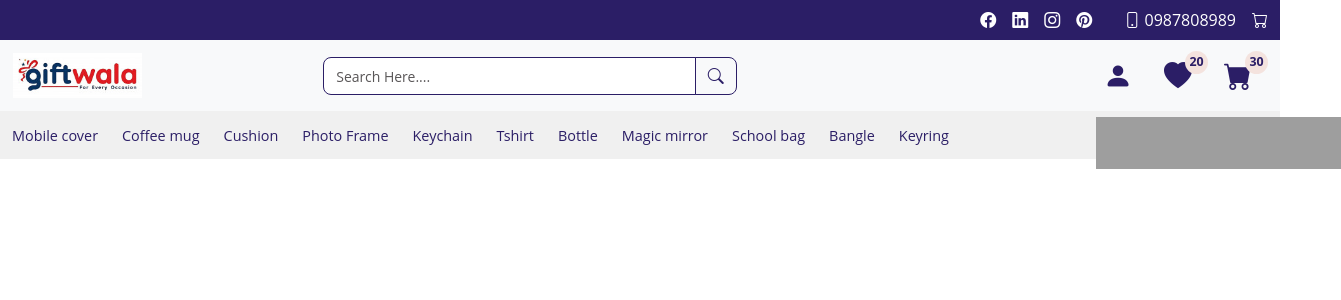
Repository: mangalravi/GiftWala
Page: index.html
The author's editor kept a copy of each file at every save. The page is drawn from the files as they stood at one save, then again after the next save.
The browser window is 1280 px wide. The page is 1341 px wide, then 1329 px, so the pictures cover 1341 px, including what lies to the right of the window. The pictures show the whole page.
Pictures or frames that could not be fetched are drawn as grey boxes. The style sheet was rebuilt from its Sass, Less or Tailwind sources for each picture, by a compiler version that may differ from the author's.

Above is the page before, as saved 2024-07-07 17:27:08.

### index.html
<!DOCTYPE html>
<html lang="en">
  <head>
    <meta charset="UTF-8" />
    <meta name="viewport" content="width=device-width, initial-scale=1.0" />
    <title>GiftWala</title>

    <link
      rel="apple-touch-icon"
      sizes="180x180"
      href="content/images/fabicon.png"
      alt="fabicon"
    />
    <link
      rel="icon"
      type="image/png"
      sizes="32x32"
      href="content/images/fabicon.png"
      alt="fabicon"
    />
    <link
      rel="icon"
      type="image/png"
      sizes="16x16"
      href="content/images/fabicon.png"
      alt="fabicon"
    />
    <link
      rel="publication"
      href=""
      crossorigin="use-credentials"
      type="application/manifest+json"
    />
    <meta name="msapplication-TileColor" content="#da532c" />
    <meta name="theme-color" content="#ffffff" />

    <link rel="icon" href="content/images/logo/favicon.png" type="image/png" />
    <link rel="stylesheet" href="content/css/bootstrap-icons.css" />
    <link rel="stylesheet" href="content/bootstrap/css/bootstrap.min.css" />
    <link rel="stylesheet" href="content/css/font-family.css" />
    <link rel="stylesheet" href="content/css/aos.css" />
    <link rel="stylesheet" href="content/css/custom.css" />
  </head>
  <body>
    <header>
      <div class="tophdr">
        <div class="container-fluid d-flex justify-content-end">
          <ul class="tpmnul">
            <li>
              <ul class="social-link">
                <li>
                  <a
                    href="#"
                    rel="noopener noreferrer"
                    target="_blank"
                    aria-label="Facebook"
                    class="fb"
                    ><i class="bi bi-facebook"></i
                  ></a>
                </li>
                <li>
                  <a
                    href="#"
                    rel="noopener noreferrer"
                    target="_blank"
                    aria-label="Linkedin"
                    class="in"
                    ><i class="bi bi-linkedin"></i
                  ></a>
                </li>
                <li>
                  <a
                    href="#"
                    rel="noopener noreferrer"
                    target="_blank"
                    aria-label="Instagram"
                    class="inta"
                    ><i class="bi bi-instagram"></i
                  ></a>
                </li>
                <li>
                  <a
                    href="#"
                    rel="noopener noreferrer"
                    target="_blank"
                    aria-label="Pinterest"
                    class="inta"
                    ><i class="bi bi-pinterest"></i
                  ></a>
                </li>
                <li>
                  <a
                    href="#"
                    rel="noopener noreferrer"
                    target="_blank"
                    aria-label="Threads"
                    class="in"
                    ><i class="bi bi-threads"></i
                  ></a>
                </li>
              </ul>
            </li>
            <li>
              <a href="#">
                <i class="bi bi-phone"></i>
                <span>0987808989</span>
              </a>
            </li>
            <li>
              <a href="#">
                <i class="bi bi-cart"></i>
              </a>
            </li>
          </ul>
        </div>
      </div>
      <nav class="navbar navbar-expand-lg bg-body-tertiary">
        <div class="container-fluid">
          <a class="navbar-brand m-0" href="#">
            <img
              src="content/images/logo.jpg"
              alt="logo"
              height="45"
              width="131"
            />
          </a>
          <button
            class="navbar-toggler"
            type="button"
            data-bs-toggle="collapse"
            data-bs-target="#navbarSupportedContent"
            aria-controls="navbarSupportedContent"
            aria-expanded="false"
            aria-label="Toggle navigation"
          >
            <span class="navbar-toggler-icon"></span>
          </button>
          <div
            class="collapse navbar-collapse justify-content-end"
            id="navbarSupportedContent"
          >
            <div class="row w-100 align-items-center">
              <div class="col-sm-8">
                <div class="row justify-content-center">
                  <div class="col-sm-7">
                    <form class="d-flex" role="search">
                      <div class="input-group">
                        <input
                          type="text"
                          class="form-control"
                          placeholder="Search Here...."
                        />
                        <span class="input-group-text" id="basic-addon2">
                          <i class="bi bi-search"></i>
                        </span>
                      </div>
                    </form>
                  </div>
                </div>
              </div>
              <div class="col-sm-4">
                <ul class="navbar-nav mb-2 mb-lg-0 justify-content-end">
                  <li class="nav-item">
                    <a class="nav-link" aria-current="page" href="#"
                      ><i class="bi bi-person-fill"></i
                    ></a>
                  </li>
                  <li class="nav-item">
                    <a class="nav-link" href="#"
                      ><i class="bi bi-heart-fill"></i>
                      <span class="badge">20</span>
                    </a>
                  </li>
                  <li class="nav-item">
                    <a class="nav-link" href="#">
                      <i class="bi bi-cart-fill"></i>
                      <span class="badge">30</span>
                    </a>
                  </li>
                </ul>
              </div>
            </div>
          </div>
        </div>
      </nav>
      <div class="btmhdr">
        <div class="container-fluid">
          <div class="btmhdrnv">
            <div class="row align-items-center">
              <div class="col"><a href="#">Mobile cover</a></div>
              <div class="col"><a href="#">Coffee mug</a></div>
              <div class="col"><a href="#">Cushion</a></div>
              <div class="col"><a href="#">Photo Frame</a></div>
              <div class="col"><a href="#">Keychain</a></div>
              <div class="col"><a href="#">Tshirt</a></div>
              <div class="col"><a href="#">Bottle</a></div>
              <div class="col"><a href="#">Magic mirror</a></div>
              <div class="col"><a href="#">School bag</a></div>
              <div class="col"><a href="#">Bangle</a></div>
              <div class="col"><a href="#">Keyring</a></div>
              <div class="col position-relative">
                <a class="adbHeaderLink" href="#">
                  <div class="left bg-express_delivery_1"></div>
                  <input type="hidden" value="Delivery In 2 hours" />
                </a>
              </div>
            </div>
          </div>
        </div>
      </div>
    </header>

    <!--
<footer>
  <div class="container">
    <div class="row mb-4">
      <div class="col-sm-6 col-md-2 d-flex">
        <div class="hdr-img mb-4">
          <img src="hdr-logo" alt="hdr-logo">
        </div>
      </div>
      <div class="col-md-7">
        <div class="row">
            <div class="col-3">
              <ul>
                <li><a href="aboutus.html">About Us</a></li>
                <li><a href="contact-us.html">Contact Us</a></li>
                <li><a href="faq.html">FAQ</a></li>
              </ul>
            </div>
            <div class="col-4">
              <ul>
                <li><a href="term-and-condition.html">Terms of Purchase</a></li>
                <li><a href="item-condition.html">Items Condition</a></li>
                <li><a href="privacy-policy.html">Privacy Policy</a></li>
              </ul>
            </div>
            <div class="col-5">
              <ul class="mailli">
                <li><a href="tel:1800-419-0431"><i class="bi bi-telephone-fill"></i> 1800-419-0431</a></li>
                <li><a href="mailto: support@b2bstop.com"><i class="bi bi-envelope"></i>  support@b2bstop.com</a></li>
              </ul>
            </div>
         </div>

      </div>
      <div class="col-sm-6 col-md-3 d-flex">
        <div class="adrs">
          <a href="http://maps.google.com/?q=1200 Pennsylvania Ave SE, Washington, District of Columbia, 20003"">
            <i class="bi bi-geo-alt-fill"></i>
            No. 565, Axis Pennmark building, 2nd, 3rd & 4th Floor, 9th cross road, Sarakki, 3rd phase, JP Nagar, Bangalore, Karnataka - 560078
          </a>
        </div>
      </div>
    </div>
    <div class="btn-hdng">
      <p class="text-center">© b2bstop - Trade mark of Green Enabled IT Solutions Pvt. Ltd</p>
    </div>
  </div>
</footer> -->

    <script src="content/js/jquery.min.js"></script>
    <script src="content/js/slick.js"></script>
    <script src="content/js/aos.js"></script>
    <script src="content/bootstrap/js/bootstrap.bundle.min.js"></script>
    <script src="content/js/custom.js"></script>
    <script>
      AOS.init();
    </script>
  </body>
</html>

### content/css/font-family.css
@font-face {
  font-family: "OpenSans";
  font-style: normal;
  font-weight: 400;
  src: url("../fonts/Open_Sans/static/OpenSans-Regular.ttf") format("truetype");
  font-display: swap;
}

@font-face {
  font-family: "OpenSans";
  font-style: normal;
  font-weight: 500;
  src: url("../fonts/Open_Sans/static/OpenSans-Medium.ttf") format("truetype");
  font-display: swap;
}

@font-face {
  font-family: "OpenSans";
  font-style: normal;
  font-weight: 600;
  src: url("../fonts/Open_Sans/static/OpenSans-SemiBold.ttf") format("truetype");
  font-display: swap;
}

@font-face {
  font-family: "OpenSans";
  font-style: normal;
  font-weight: 700;
  src: url("../fonts/Open_Sans/static/OpenSans-Bold.ttf") format("truetype");
  font-display: swap;
}

### content/js/custom.js
$(".projetos-slider").slick({
  slidesToShow: 1,
  slidesToScroll: 1,
  autoplay: true,
  autoplaySpeed: 1000,
  arrows: false,
  dots: false,
  adaptiveHeight: true,
  speed: 1500,
  responsive: [
    {
      breakpoint: 1121,
      settings: {
        slidesToShow: 1,
        autoplay: true,
        adaptiveHeight: true,
      },
    },
    {
      breakpoint: 768,
      settings: {
        slidesToShow: 1,
        autoplay: true,
        adaptiveHeight: true,
      },
    },
  ],
});

### content/css/custom.scss
:root {
  --bs-primary: #2b1e66;
  --bs-secondary: #ed247c;
  --bs-heading: #333333;
  --bs-para: #595657;
  --bs-border-color: #e8e8e8;
  --bs-root-font-size: 16px;
  --bs-body-font-family: 'Open Sans', sans-serif;
}

.bi,
.btn,
.h1,
.h2,
.h3,
.h4,
.h5,
.h6,
:after,
:before,
a,
button,
h1,
h2,
h3,
h4,
h5,
h6,
img,
input,
li,
p,
select,
span,
textarea {
  transition: 0.5s ease-out;
}

ul {
  padding: 0;
  margin: 0;

  li {
    list-style: none;
    color: var(--bs-primary);
  }
}

body {
  margin: 0;
  font-family: var(--bs-body-font-family);
  overflow-x: hidden;
  font-size: 16px;
  position: inherit !important;
}

.overflow-x-hidden {
  overflow-x: hidden;
}

.h1,
.h2,
.h3,
.h4,
.h5,
.h6,
h1,
h2,
h3,
h4,
h5,
h6 {
  font-family: var(--bs-body-font-family);
  font-weight: 600;
  margin-bottom: 1rem;
  line-height: 1.35;
  color: var(--bs-secondary);
}

.btn {
  padding: 0.65rem 0.6rem;
  font-size: 0.65rem;
  text-transform: uppercase;
  transition: all 0.25s;
  border-radius: 0.35rem;
  height: 37.72px;
  font-weight: 600;
}

.btn-secondary-fill {
  background: var(--bs-secondary);
  border: 1px solid var(--bs-secondary);
  color: #fff;

  &:hover {
    background: var(--bs-secondary);
    border: 1px solid var(--bs-secondary);
    color: #fff;
  }
}


input {
  &::placeholder {
    font-size: 0.85rem;
    color: #000;
  }
}

.form-group {
  width: 100%;
  border: 1px solid #e1e1e2;
  border-radius: 0.25rem;
  padding: 0.25rem 1rem;

  &::placeholder {
    font-size: 1rem;
    color: #aeb3b3;
  }

  &::focus {
    outline: none;
    border: 1px solid var(--bs-primary);
  }
}

img {
  object-fit: contain;
  max-width: 100%;
}

.btn-primary {
  color: #fff;
  background-color: var(--bs-primary);
  border: 1px solid var(--bs-primary);
}

.btn-secondary {
  color: var(--bs-secondary);
  background-color: transparent;
  border: 1px solid var(--bs-secondary);

  &:hover {
    border-radius: 0.5rem;
    color: #fff;
    background-color: var(--bs-secondary);
    border-color: transparent;
    transition: all 0.8s;
  }

  &:focus {
    color: #fff;
    background-color: var(--bs-secondary);
    border-color: transparent;
  }
}

.btn-primary {

  &:hover,
  &:focus {
    color: #fff;
    background-color: var(--bs-primary);
    outline: 0;
    box-shadow: none;
    border-color: transparent;
  }
}

.btn-main {
  &:hover {
    background: #fff;
    color: var(--bs-secondary);
  }
}

.nav-item {
  padding: 0 0.5rem;
  color: #333333ad;
  font-weight: 500;

  .nav-link {
    padding: 0 0.5rem;
    color: var(--bs-secondary);
  }

}

a {
  &:hover {
    color: var(--bs-primary);
    text-decoration: none;
  }
}

svg,
img {
  vertical-align: middle;
}

section,
footer {
  padding: 50px 0;
}

.socilhdr {
  display: flex;
  justify-content: flex-end;
  gap: 1.5rem;
  padding: 0;

  li {
    list-style-type: none;
  }
}

.tophdr {
  padding: 0.5rem 0;
  background: var(--bs-primary);

  .tpmnul {
    display: flex;
    align-items: center;
    gap: 1rem;
    color: #fff;

    a {
      color: #fff;
      text-decoration: none;
    }

    .social-link {
      display: flex;
      align-items: center;
      gap: 1rem;

      li {
        a {
          color: #fff;
        }
      }
    }
  }
}

.badge {
  position: absolute;
  top: -4px;
  right: -8px;
  background: #f4e3de;
  padding: 0.25rem;
  width: 23px;
  height: 23px;
  border-radius: 50%;
  color: var(--bs-primary);
  z-index: 0;
  font-size: 0.775rem;
  display: flex;
  align-items: center;
  justify-content: center;
}

.bg-body-tertiary {
  background-color: #f8f9fa;
}

.navbar-nav {
  li {

    a {
      z-index: 8;
      font-size: 1.75rem;
      position: relative;

      i {
        color: var(--bs-primary);
      }
    }
  }
}

.input-group {
  input {
    border: 1px solid var(--bs-primary);
    border-radius: 0.5rem 0 0 0.5rem;

    &:focus {
      box-shadow: none;
    }

    &::placeholder {
      color: #595657;
      font-size: 0.875rem;
    }
  }
}

.input-group-text {
  border: 1px solid var(--bs-primary);
  border-radius: 0.5rem 0.5rem 0.5rem 0;
  display: flex;
  align-items: center;

  i {
    color: var(--bs-primary);
  }
}

.btmhdr {
  background: #f0f0f0;
  padding: 0.75rem 0;

  .btmhdrnv {
    display: flex;
  }
}

.bg-express_delivery_1 {
  width: 245px;
  height: 53px;
  background: url(https://assets.winni.in/groot/2023/11/20/desktop/scooter-animation-fifth.gif) no-repeat 0 1px;
  position: absolute;
  left: 135px;
  top: -19px;
}

.col {
  a {
    text-decoration: none;
    text-wrap: nowrap;
    color: var(--bs-primary);
    text-align: center;
    font-size: 0.9rem;
  }
}

Loaded but not shown: content/css/bootstrap-icons.css (library); content/bootstrap/css/bootstrap.min.css (library); content/css/aos.css (library); content/js/jquery.min.js (library); content/js/slick.js (library); content/js/aos.js (library); content/bootstrap/js/bootstrap.bundle.min.js (library)

After the next save:
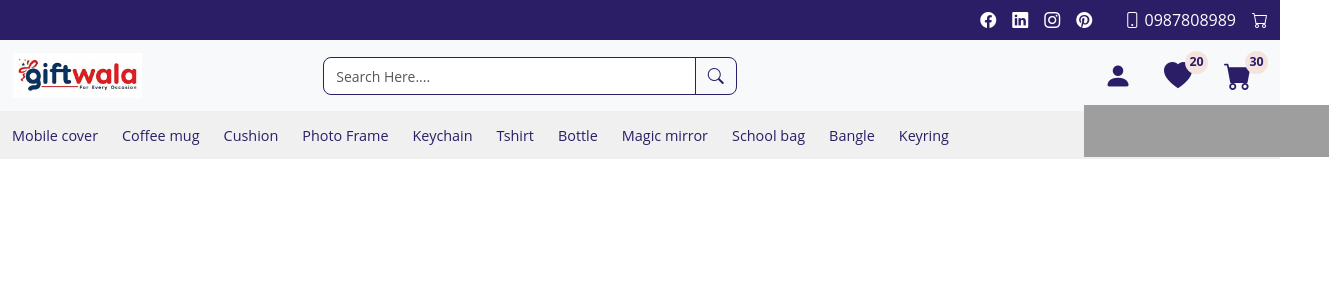
Saved 80 s later.
--- a/index.html
+++ b/index.html
@@ -198,12 +198,12 @@
               <div class="col"><a href="#">School bag</a></div>
               <div class="col"><a href="#">Bangle</a></div>
               <div class="col"><a href="#">Keyring</a></div>
-              <div class="col position-relative">
-                <a class="adbHeaderLink" href="#">
-                  <div class="left bg-express_delivery_1"></div>
-                  <input type="hidden" value="Delivery In 2 hours" />
-                </a>
-              </div>
+            </div>
+            <div class="position-relative">
+              <a class="adbHeaderLink" href="#">
+                <div class="left bg-express_delivery_1"></div>
+                <input type="hidden" value="Delivery In 2 hours" />
+              </a>
             </div>
           </div>
         </div>
